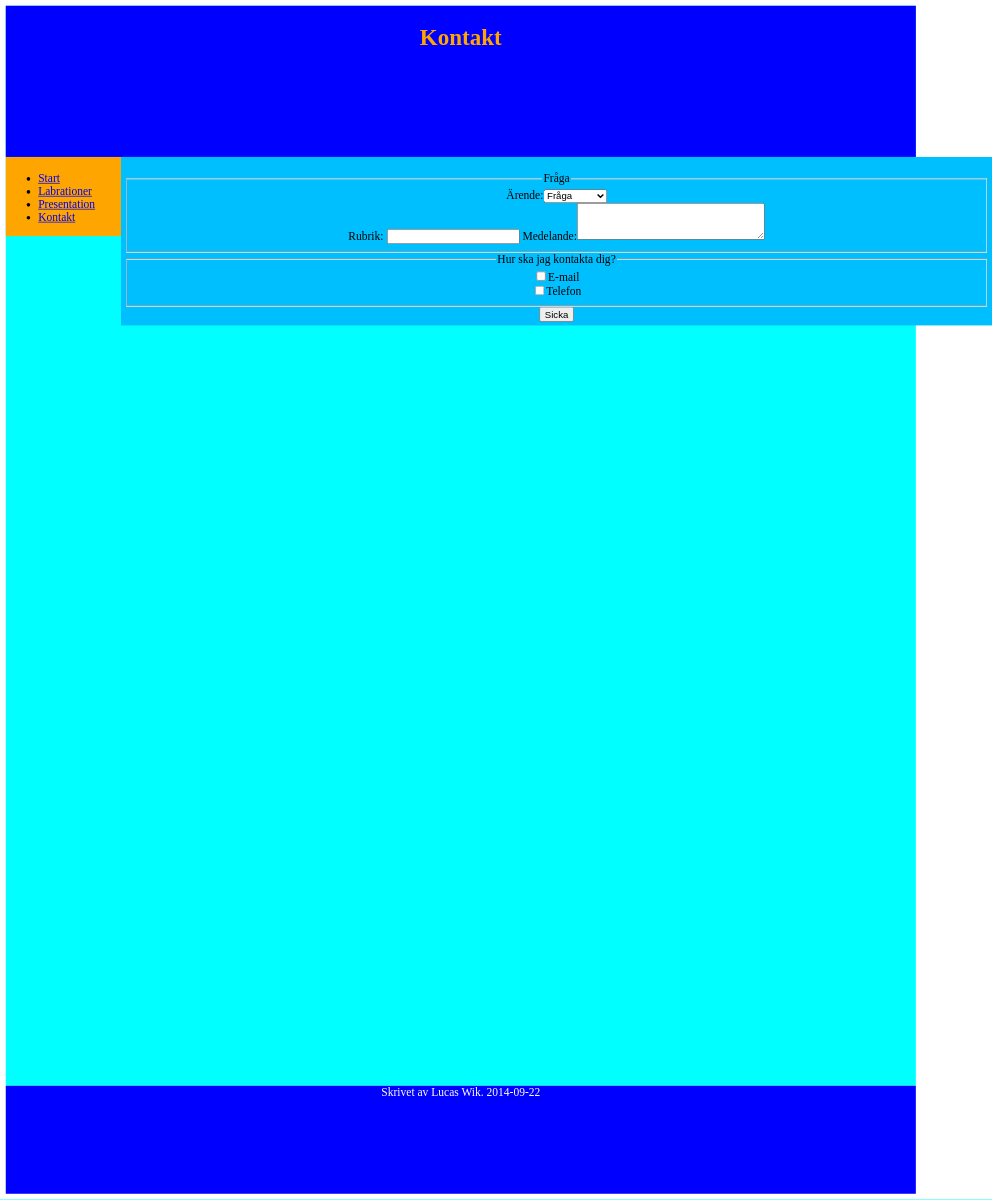
Repository: lw222gz/1ik415-laborationer
Page: Pages/kontakt.html
The author's editor kept a record of every edit. The page is drawn from the files as they stood at one moment, then again after the next edit.
The browser window is 1280 px wide. The page is 1378 px wide, so the pictures cover 1378 px, including what lies to the right of the window. The pictures show the whole page, at 72% of full size.

Above is the page before.

### Pages/kontakt.html
<!doctype html>
<html lang="sv">
    <head>
        <meta charset="utf-8" />
        <link rel="stylesheet" href="../Css/Style.css" />
        <title>kontakt</title>
    </head>
<body>
<div id="container">
<div id="header">
<h1>Kontakt</h1>
</div>

<div id="navigator">
<ul>
    <li><a href="../index.html">Start</a></li>
    <li><a href="labrationer.html">Labrationer</a></li>
    <li><a href="presentation.html">Presentation</a></li>
    <li><a href="kontakt.html">Kontakt</a></li>
</ul>
</div>

<div id="content">
<p></p>
<form action="http://voyager.lnu.se/tekinet/kurser/dtt/wp_webbintro/form.php" method="post">
    <fieldset>
    <legend>Fråga</legend><!--Vill göra den kortare, vet inte hur dock. Testade med width och height
    i fieldset satsen men det gjorde inget för mig-->
    Ärende:<select name="Ärende">
        <option value="Fråga">Fråga</option>
        <option value="Medelande">Medelande</option>
        <option value="Möte">Möte</option>
        <option value="Övrigt">Övrigt</option>
</select><br />
    Rubrik: <input type="text" name="Rubrik" />
    Medelande:<textarea name="textarea" rows="3" cols="30"></textarea>
    <br />
    </fieldset>
    <fieldset>
    <legend>Hur ska jag kontakta dig?</legend>
    <input type="checkbox" name="E-mail" value="mail">E-mail<br />
    <input type="checkbox" name="Telefon" value="Telefon">Telefon
    </fieldset>
    <input type="submit" value="Sicka"/>

</form>
</div>
</div>
<div id="footer">
    Skrivet av Lucas Wik. 2014-09-22
</div>
</body>
</html>

### Css/Style.css
#header {
        background-color:blue;
        color:orange;
        height:200px;
        text-align:center;
        padding:5px;
        }

#navigator
        {
        float:left;
        width:150px;
        height:100px;
        background-color:orange;
        padding:5px;
        }

#container
        {
        background-color:#00FFFF;
        height:1500px;
        }

#content
        {
        position:absolute;left:168px;top:218px;
        width:1200px;
        text-align:center;
        background-color:#00BFFF;
        padding:5px;
        }
#footer
        {
        text-align:center;
        height:150px;
        background-color:blue;
        color:white;
        }

After the next edit:
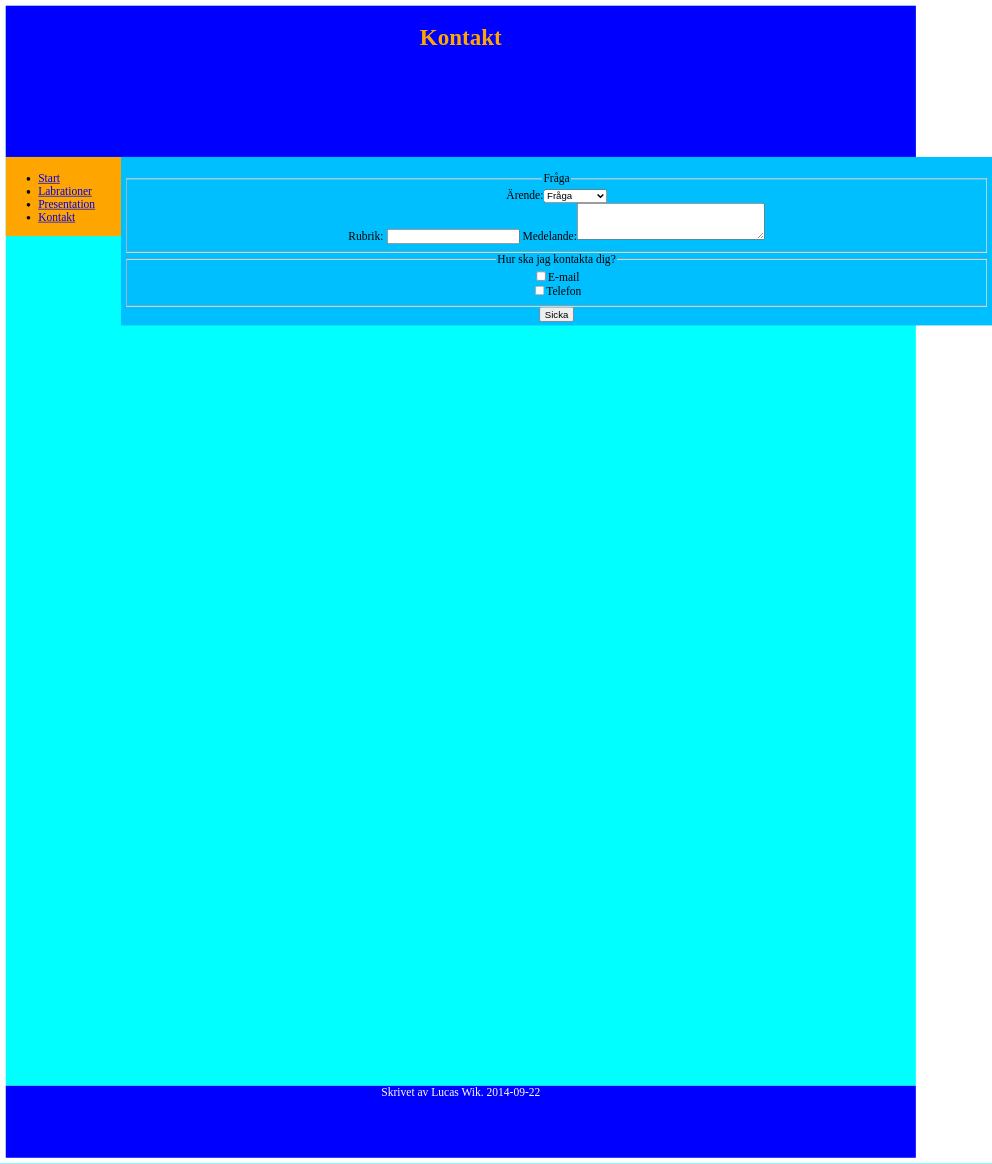
The edit:
--- a/Css/Style.css
+++ b/Css/Style.css
@@ -32,7 +32,7 @@
 #footer
         {
         text-align:center;
-        height:150px;
+        height:100px;
         background-color:blue;
         color:white;
         }
